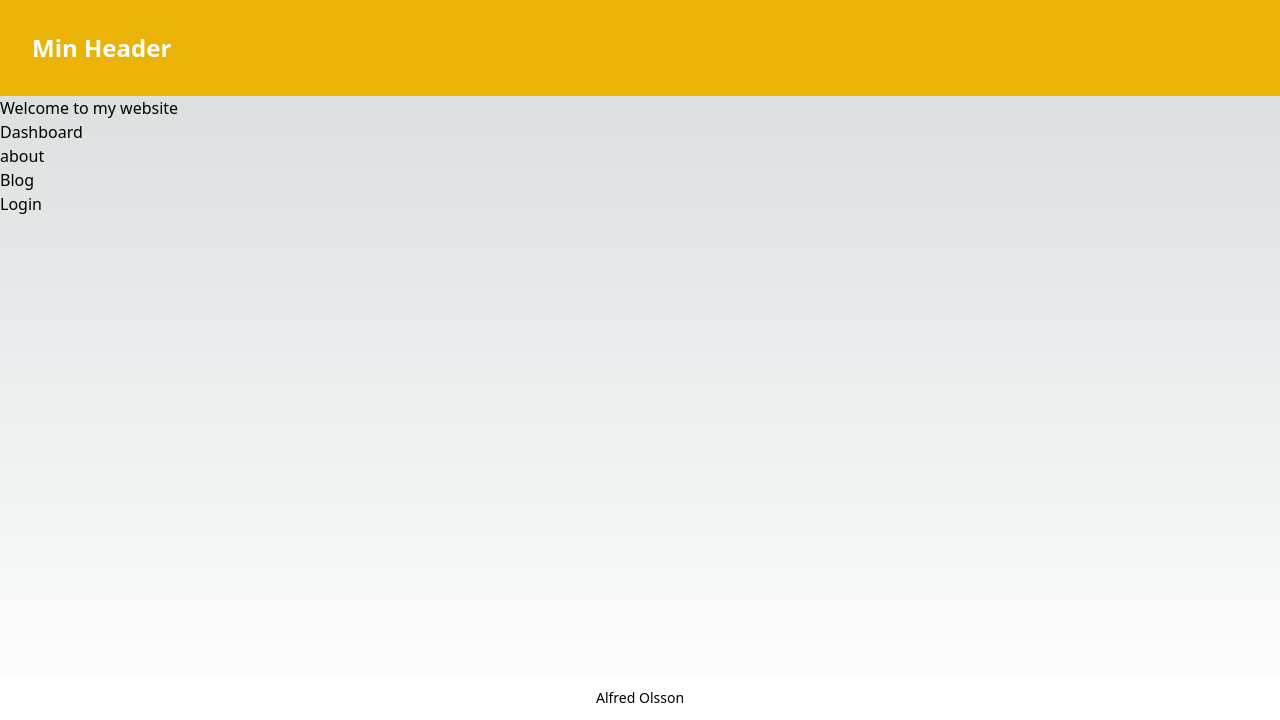
Repository: AlligatorAffe/NextWebsite
Page: /
These files come from the project's save history. The page is drawn as it stood at one moment and after the next save; the edit follows.
The browser window is 1280 px wide. The pictures show the whole page.
The project was rebuilt for these pictures with package versions that can differ from the ones it lists, and the page was loaded fresh each time. The framework's server and built-in components were replaced by stand-ins that run in the browser. Also part of the build but not shown: next.config.js.

Above is the page before, as saved 2024-01-04 21:33:07.

After the next save:
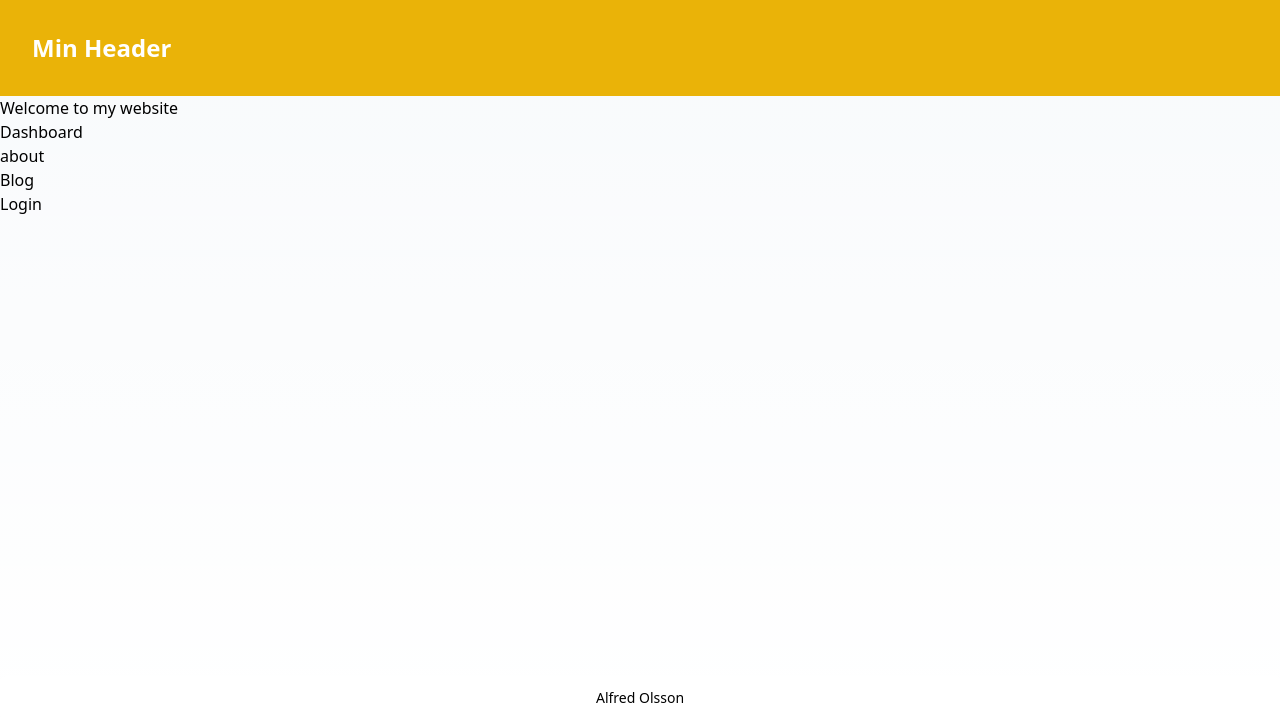
Saved 13 s later.
--- a/app/layout.tsx
+++ b/app/layout.tsx
@@ -48,7 +48,7 @@ export default function RootLayout({
 }) {
   return (
     <html lang="en">
-      <body className="flex flex-col min-h-screen">
+      <body className="flex flex-col min-h-screen bg-slate-50">
         <div className="flex-grow">
           <header className="bg-yellow-500 p-8">
             <h1 className="text-2xl font-bold text-white">Min Header</h1>
